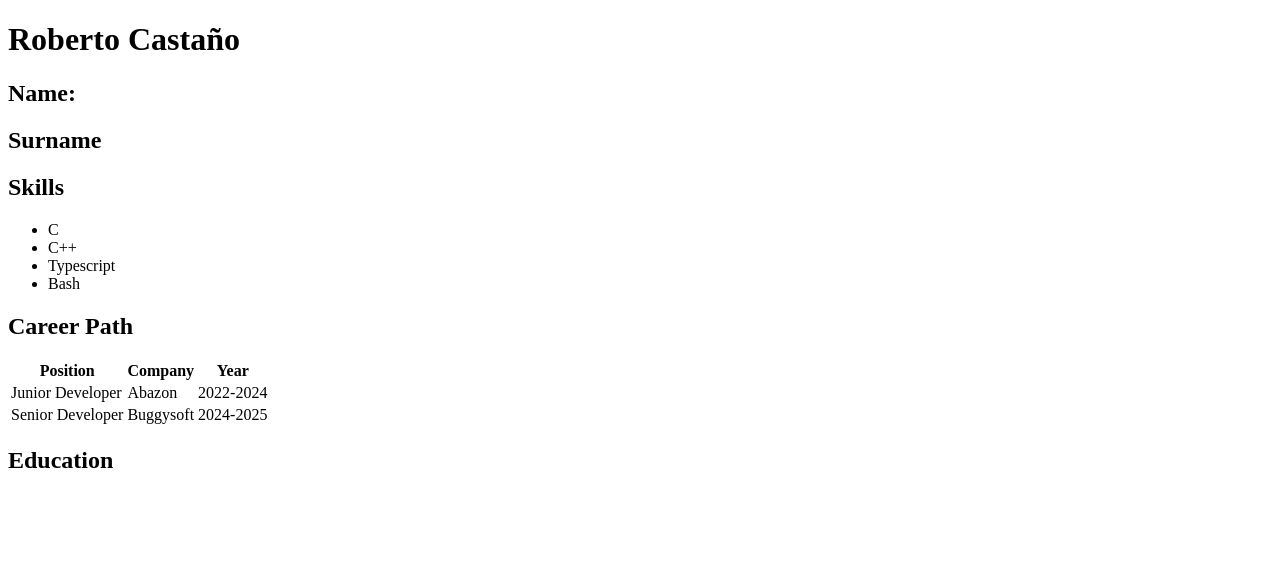
Repository: cronopi/django
Page: Training-Python-Django-0 1/ex01/cv.html
These files come from the project's save history. The page is drawn as it stood at one moment and after the next save; the edit follows.
The browser window is 1280 px wide. The pictures show the whole page.

Above is the page before, as saved 2026-03-10 12:24:57.

### Training-Python-Django-0 1/ex01/cv.html
<!DOCTYPE html>
<html>

<head>
	<title>Resume - Roberto Castaño</title>
</head>

<body>
	<h1>Roberto Castaño</h1>

	<h2>Name:</h2>
	<h2>Surname</h2>

	<h2>Skills</h2>
	<ul>
		<li>C</li>
		<li>C++</li>
		<li>Typescript</li>
		<li>Bash</li>
	</ul>

	<h2>Career Path</h2>
	<table>
		<tr>
			<th>Position</th>
			<th>Company</th>
			<th>Year</th>
		</tr>
		<tr>
			<td>Junior Developer</td>
			<td>Abazon</td>
			<td>2022-2024</td>
		</tr>
		<tr>
			<td>Senior Developer</td>
			<td>Buggysoft</td>
			<td>2024-2025</td>
		</tr>
	</table>

	<h2>Education</h2>

</body>

</html>

After the next save:
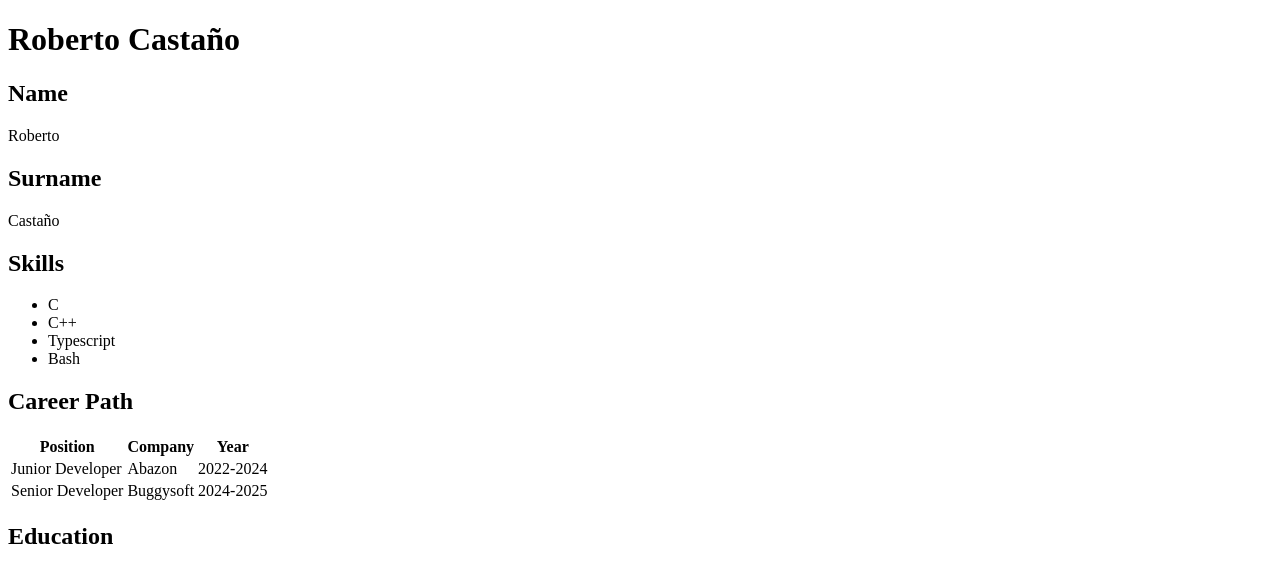
Saved 20 s later.
--- a/Training-Python-Django-0 1/ex01/cv.html
+++ b/Training-Python-Django-0 1/ex01/cv.html
@@ -8,8 +8,10 @@
 <body>
 	<h1>Roberto Castaño</h1>
 
-	<h2>Name:</h2>
+	<h2>Name</h2>
+	<p>Roberto</p>
 	<h2>Surname</h2>
+	<p>Castaño</p>
 
 	<h2>Skills</h2>
 	<ul>
